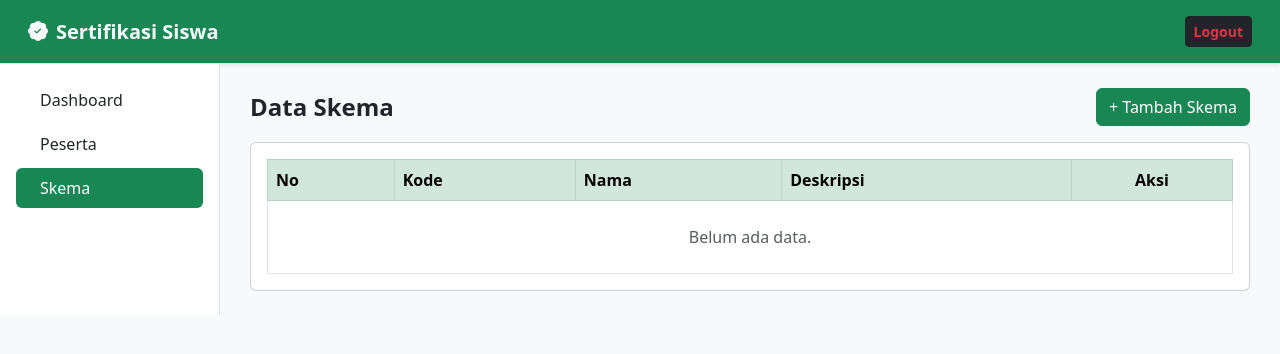
Repository: Zaki-Blip/USK_Project
Page: http://localhost/skema
The author's editor kept a copy of each file at every save. The page is drawn from the files as they stood at one save, then again after the next save.
The browser window is 1280 px wide. The pictures show the whole page.
The page is served by the project's Laravel application, run on PHP 8.4 with Laravel 12. A made-up administrator, Test User (test@example.com), is signed in. Queries for data that is not in the repository find no rows.

Above is the page before, as saved 2026-10-13 23:08:08.

After the next save:
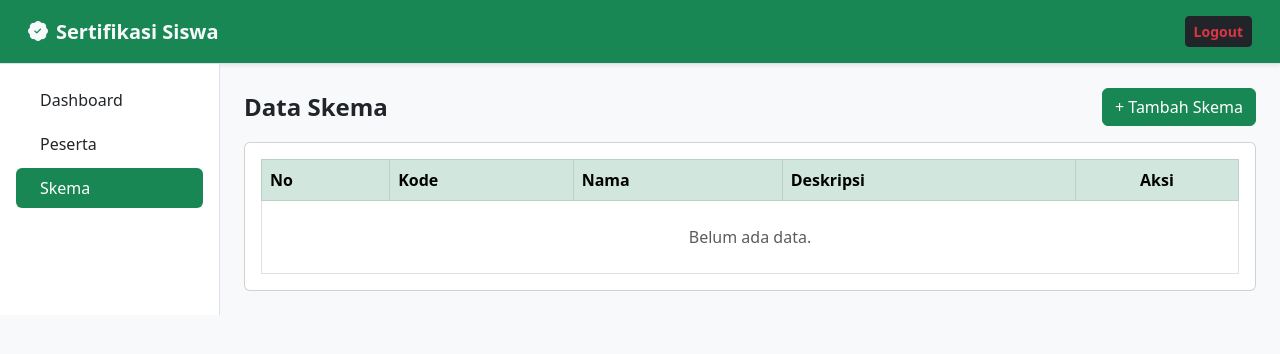
Saved 10 s later.
--- a/resources/views/layouts/app.blade.php
+++ b/resources/views/layouts/app.blade.php
@@ -61,7 +61,7 @@
 
         {{-- Isi Content --}}
         <main class="flex-grow-1 p-4" style="min-width: 0;">
-            <div class="mx-auto" style="max-width: 1000px;">
+            <div class="mx-a"">
                 @if(session('sukses'))
                     <div class="alert alert-success">{{ session('sukses') }}</div>
                 @endif
